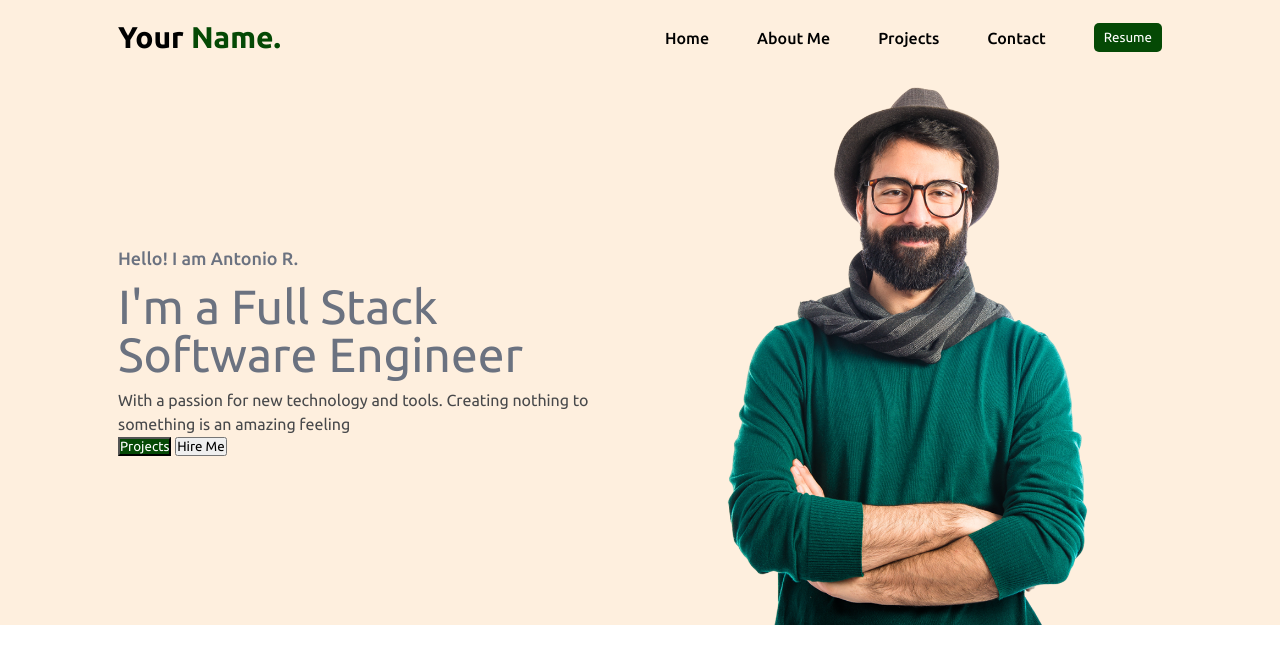
Repository: DevAntonioRogers/vanilla-portfolio
Page: index.html
An editor plug-in stored every save of this project. The page is shown before and after the next save, followed by the edit.
The browser window is 1280 px wide. The pictures show the whole page.

Above is the page before, as saved 2023-07-14 22:19:41.

After the next save:
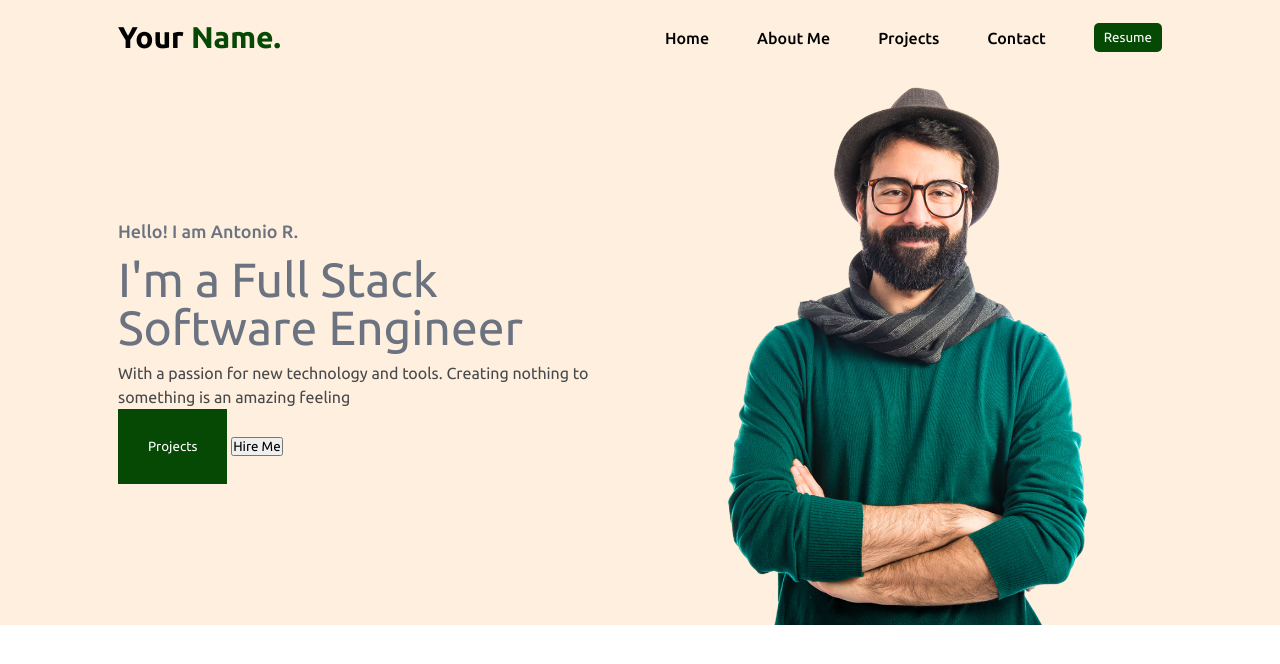
Saved 18 s later.
--- a/style.css
+++ b/style.css
@@ -107,6 +107,8 @@ nav {
 .hero-btn-container button:nth-child(1) {
   background-color: rgb(5, 73, 5);
   color: white;
+  border: none;
+  padding: 30px;
 }
 
 .hero-container img {
